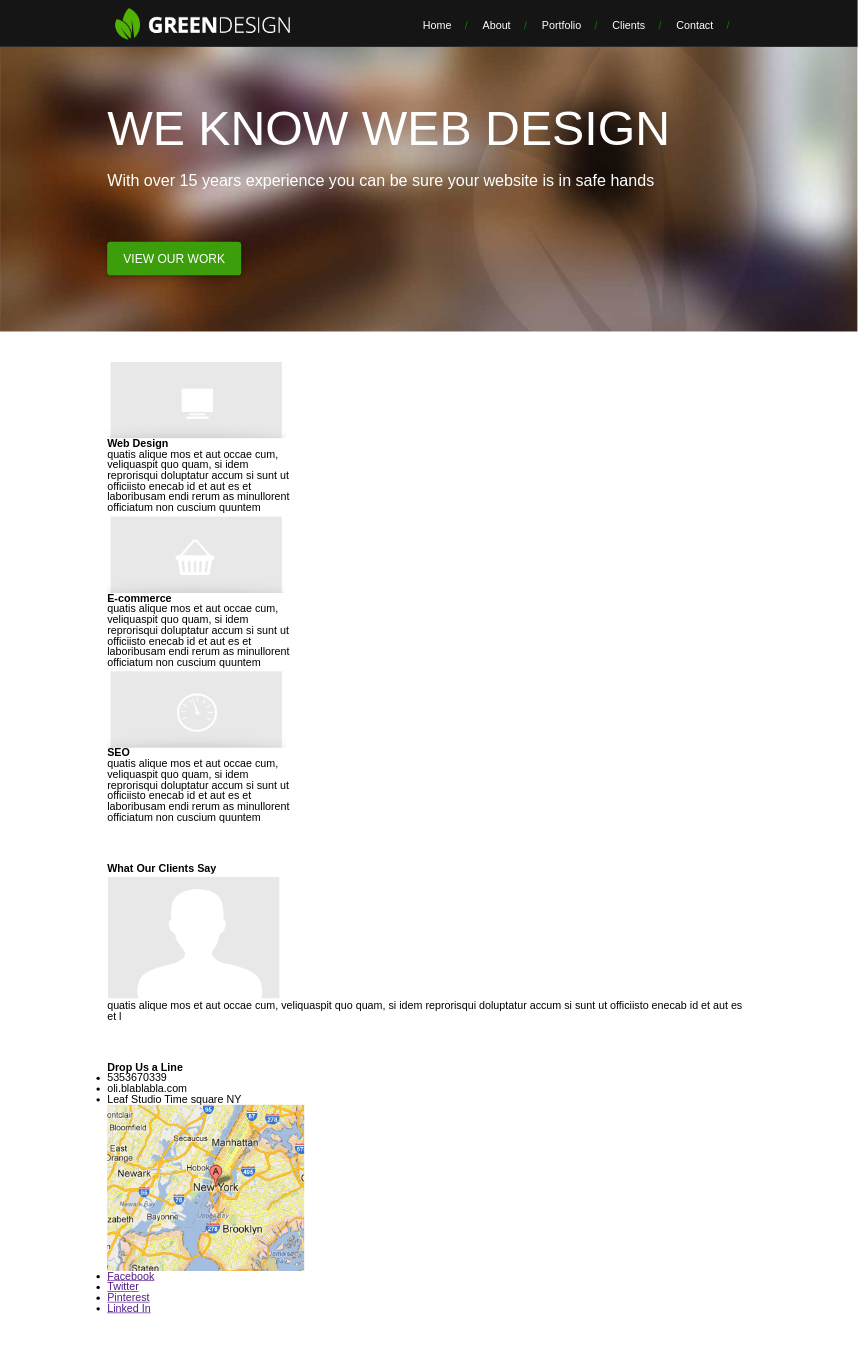
Repository: Piterwk1/psd-to-html
Page: website/index.html
These files come from the project's save history. The page is drawn as it stood at one moment and after the next save; the edit follows.
The browser window is 1280 px wide. The pictures show the whole page, at 67% of full size.

Above is the page before, as saved 2021-09-14 21:03:09.

### website/index.html
<html lang="en">

<head>
    <meta charset="UTF-8">
    <meta http-equiv="X-UA-Compatible" content="IE=edge">
    <meta name="viewport" content="width=device-width, initial-scale=1.0">
    <title>Green Design</title>
    <link rel="stylesheet" href="style.css">
</head>

<body>
    <header>
        <div class="wrapper">
            <h1 id="logo">Green Design</h1>
            <nav>
                <h2>Main Navigation</h2>
                <ul>
                    <li><a href="">Home</a><span>/</span></li>
                    <li><a href="">About</a><span>/</span></li>
                    <li><a href="">Portfolio</a><span>/</span></li>
                    <li><a href="">Clients</a><span>/</span></li>
                    <li><a href="">Contact</a><span>/</span></li>
                </ul>
            </nav>
        </div>
    </header>
    <div id="lead-banner">
        <img src="images/Baner.jpg" alt="main banner">
        <div class="banner-overlay">
            <div class="wrapper">
                <div class="banner-title">We know web Design</div>
                <p>With over 15 years experience you can be sure your website is in safe hands</p>
                <a href="">View our work</a>
            </div>
        </div>
    </div>
    <div id="main-content">

        <div class="wrapper">

            <section id="points-of-sale">
                <h2>Point of Sale</h2>
                <ul>
                    <li>
                        <img src="images/cs1.png" alt="Web Design">
                        <h3>Web Design</h3>
                        <p>quatis alique mos et aut occae cum, veliquaspit quo quam, si idem reprorisqui doluptatur
                            accum si
                            sunt ut officiisto enecab id et aut es et laboribusam endi rerum as minullorent officiatum
                            non
                            cuscium quuntem</p>
                    </li>
                    <li>
                        <img src="images/cs2.png" alt="E-commerce">
                        <h3>E-commerce</h3>
                        <p>quatis alique mos et aut occae cum, veliquaspit quo quam, si idem reprorisqui doluptatur
                            accum si
                            sunt ut officiisto enecab id et aut es et laboribusam endi rerum as minullorent officiatum
                            non
                            cuscium quuntem</p>
                    </li>
                    <li>
                        <img src="images/cs3.png" alt="SEO">
                        <h3>SEO</h3>
                        <p>quatis alique mos et aut occae cum, veliquaspit quo quam, si idem reprorisqui doluptatur
                            accum si
                            sunt ut officiisto enecab id et aut es et laboribusam endi rerum as minullorent officiatum
                            non
                            cuscium quuntem</p>
                    </li>
                </ul>
            </section>
            <section id="clients">
                <h2>What Our Clients Say</h2>
                <img src="images/head.png" alt="head">
                <!-- <img src="images/quotes.png" alt="quotes"> -->
                <blockquote>quatis alique mos et aut occae cum, veliquaspit quo quam, si idem reprorisqui doluptatur
                    accum
                    si sunt ut officiisto enecab id et aut es et l</blockquote>
            </section>
            <section id="contact">
                <h2>Drop Us a Line</h2>
                <ul id="contact-methods">
                    <li>5353670339</li>
                    <li>oli.blablabla.com</li>
                    <li>
                        <span>Leaf Studio</span>
                        <span>Time square</span>
                        <span>NY</span>
                    </li>
                </ul>
                <img src="images/map.png" alt="map">
                <ul id="social-map">
                    <li class="facebook"><a href="">Facebook</a></li>
                    <li class="twitter"><a href="">Twitter</a></li>
                    <li class="pinterest"><a href="">Pinterest</a></li>
                    <li class="linked-in"><a href="">Linked In</a></li>
                </ul>
            </section>
        </div>
    </div>
</body>

</html>

### website/style.css
html,
body,
div,
span,
object,
iframe,
h1,
h2,
h3,
h4,
h5,
h6,
p,
blockquote,
pre,
abbr,
address,
cite,
code,
del,
dfn,
em,
img,
ins,
kbd,
q,
samp,
small,
strong,
sub,
sup,
var,
b,
i,
dl,
dt,
dd,
ol,
ul,
li,
fieldset,
form,
label,
legend,
table,
caption,
tbody,
tfoot,
thead,
tr,
th,
td,
article,
aside,
canvas,
details,
figcaption,
figure,
footer,
header,
hgroup,
menu,
nav,
section,
summary,
time,
mark,
audio,
video {
  margin: 0;
  padding: 0;
  border: 0;
  outline: 0;
  font-size: 100%;
  vertical-align: baseline;
  background: transparent;
  font-family: arial;
}

body {
  line-height: 1;
}

article,
aside,
details,
figcaption,
figure,
footer,
header,
hgroup,
menu,
nav,
section {
  display: block;
}

nav ul {
  list-style: none;
}

blockquote,
q {
  quotes: none;
}

blockquote:before,
blockquote:after,
q:before,
q:after {
  content: "";
  content: none;
}

a {
  margin: 0;
  padding: 0;
  font-size: 100%;
  vertical-align: baseline;
  background: transparent;
}

/* change colours to suit your needs */
ins {
  background-color: #ff9;
  color: #000;
  text-decoration: none;
}

/* change colours to suit your needs */
mark {
  background-color: #ff9;
  color: #000;
  font-style: italic;
  font-weight: bold;
}

del {
  text-decoration: line-through;
}

abbr[title],
dfn[title] {
  border-bottom: 1px dotted;
  cursor: help;
}

table {
  border-collapse: collapse;
  border-spacing: 0;
}

/* change border colour to suit your needs */
hr {
  display: block;
  height: 1px;
  border: 0;
  border-top: 1px solid #cccccc;
  margin: 1em 0;
  padding: 0;
}

input,
select {
  vertical-align: middle;
}

header div {
  display: flex;
  justify-content: space-between;
  width: 100%;
  max-width: 960px;
  margin: 0 auto;
}

.wrapper {
  width: 100%;
  max-width: 960px;
  margin: 0 auto;
}

header {
  background: #151515;
}

#logo {
  background: url(images/Logo.png) no-repeat;
  height: 70px;
  width: 280px;
  text-indent: -100000px;
}

header nav {
  margin-top: 30px;
  margin-right: 20px;
  width: 50%;
}

header nav h2 {
  height: 0;
  text-indent: -100000px;
}
header nav a {
  color: #fff;
  text-decoration: none;
  font-family: arial;
}

header nav ul {
  display: flex;
  justify-content: space-around;
}

header nav span {
  color: green;
  margin-left: 20px;
}

#lead-banner img {
  width: 100%;
}

#lead-banner {
  max-height: 440px;
  overflow: hidden;
  position: relative;
}

.banner-overlay {
  position: absolute;
  top: 20%;
  width: 100%;
}

.banner-title {
  color: #fff;
  text-transform: uppercase;
  font-size: 72px;
}

#lead-banner p {
  color: #fff;
  font-size: 24px;
  min-width: 600px;
  margin-top: 30px;
}

#lead-banner a {
  color: #fff;
  display: block;
  width: 200px;
  font-size: 18px;
  text-align: center;
  padding: 16px 0;
  text-decoration: none;
  text-transform: uppercase;
  border-radius: 5px;
  margin-top: 80px;
  box-shadow: 1px 1px 6px rgba(0, 0, 0, 0.4);

  /* Permalink - use to edit and share this gradient: https://colorzilla.com/gradient-editor/#3c9e0a+0,3c9e0a+100 */
  background: #3c9e0a; /* Old browsers */
  background: -moz-linear-gradient(
    top,
    #3c9e0a 0%,
    #3c9e0a 100%
  ); /* FF3.6-15 */
  background: -webkit-linear-gradient(
    top,
    #3c9e0a 0%,
    #3c9e0a 100%
  ); /* Chrome10-25,Safari5.1-6 */
  background: linear-gradient(
    to bottom,
    #3c9e0a 0%,
    #3c9e0a 100%
  ); /* W3C, IE10+, FF16+, Chrome26+, Opera12+, Safari7+ */
  filter: progid:DXImageTransform.Microsoft.gradient( startColorstr='#3c9e0a', endColorstr='#3c9e0a',GradientType=0 ); /* IE6-9 */
}

section {
    margin: 40px 0 60px;
}

section#points-of-sale ul {
    list-style: none;
}

#points-of-sale h2 {
    height: 0;
    text-indent: -10000px;
}

section ul {
    display: flexbox;
    justify-content: space-evenly;
}

#points-of-sale li {
    width: 30%;
}

After the next save:
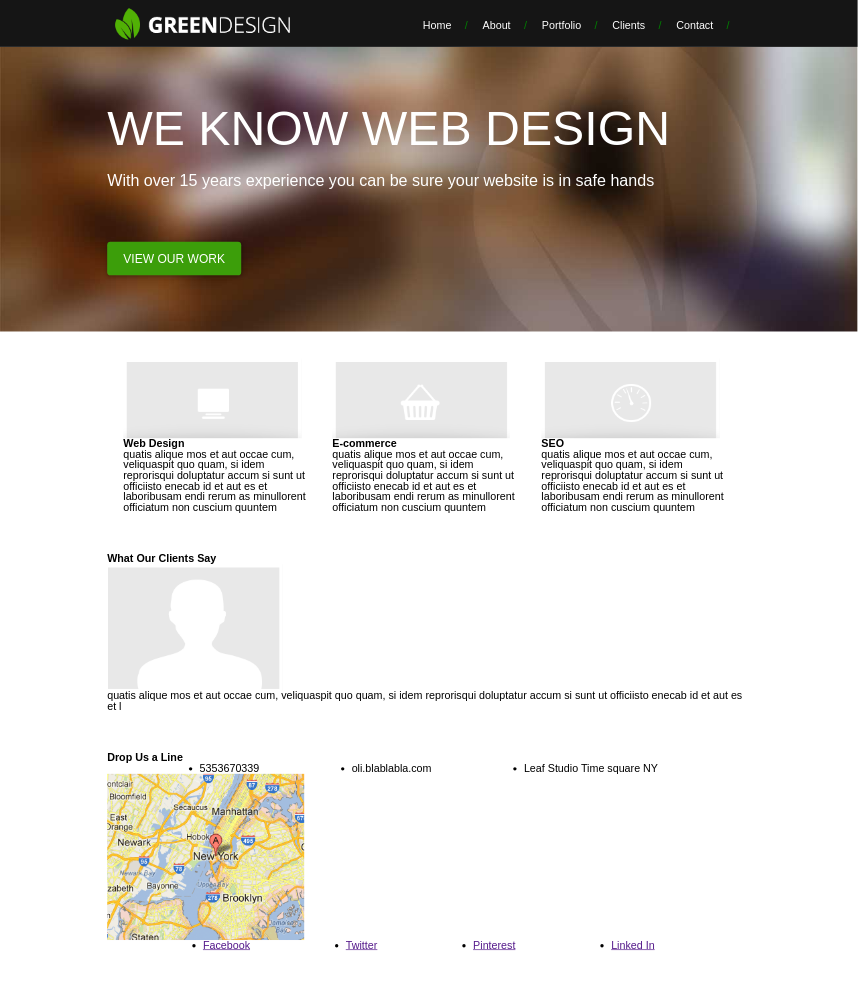
Saved 97 s later.
--- a/website/style.css
+++ b/website/style.css
@@ -292,7 +292,7 @@ section#points-of-sale ul {
 }
 
 section ul {
-    display: flexbox;
+    display: flex;
     justify-content: space-evenly;
 }
 
